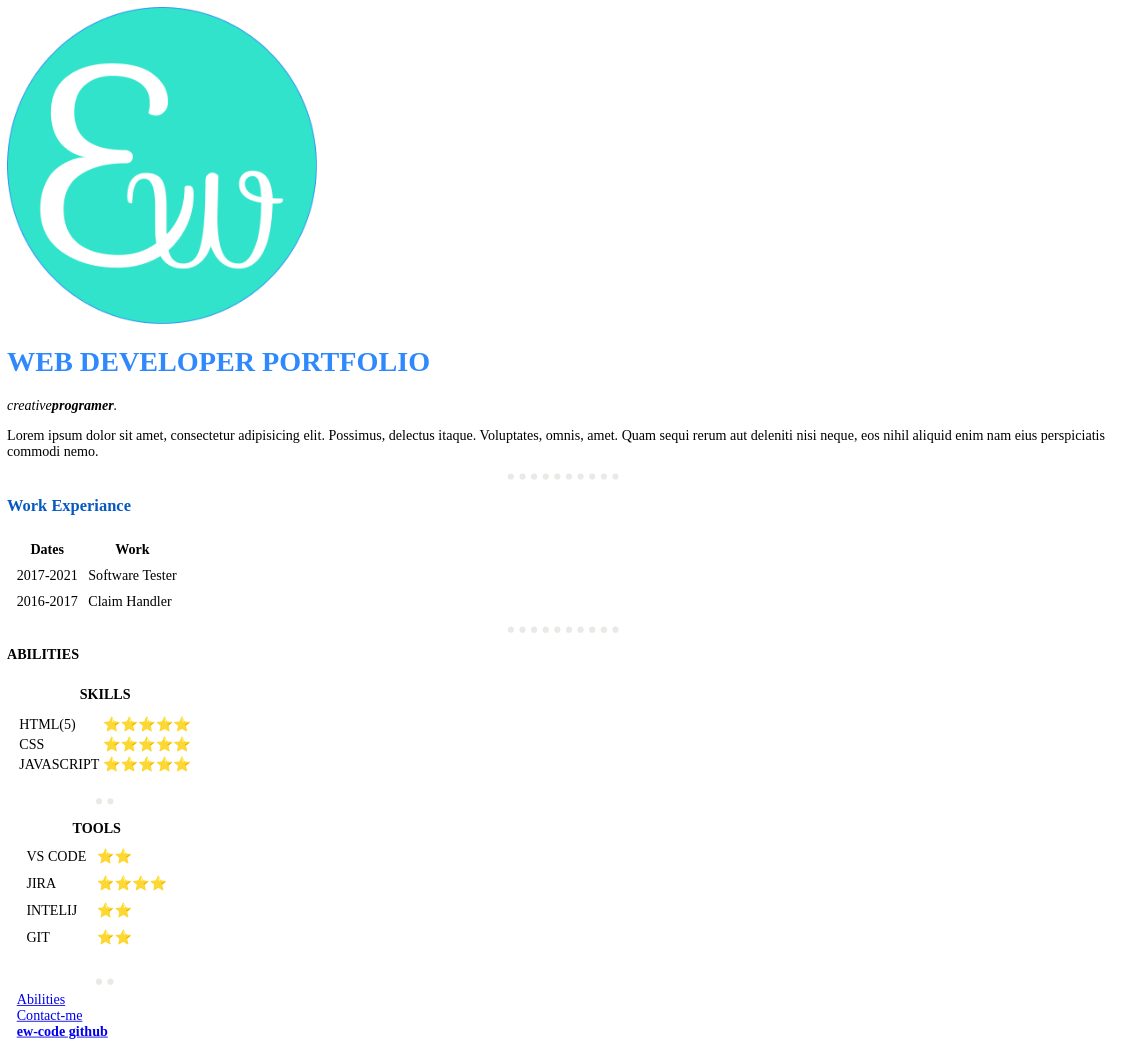
Repository: ew-code/Web-Development
Page: HTML - Personal Site/index.html
These files come from the project's save history. The page is drawn as it stood at one moment and after the next save; the edit follows.
The browser window is 1280 px wide. The pictures show the whole page, at 88% of full size.

Above is the page before, as saved 2021-01-06 22:27:44.

After the next save:
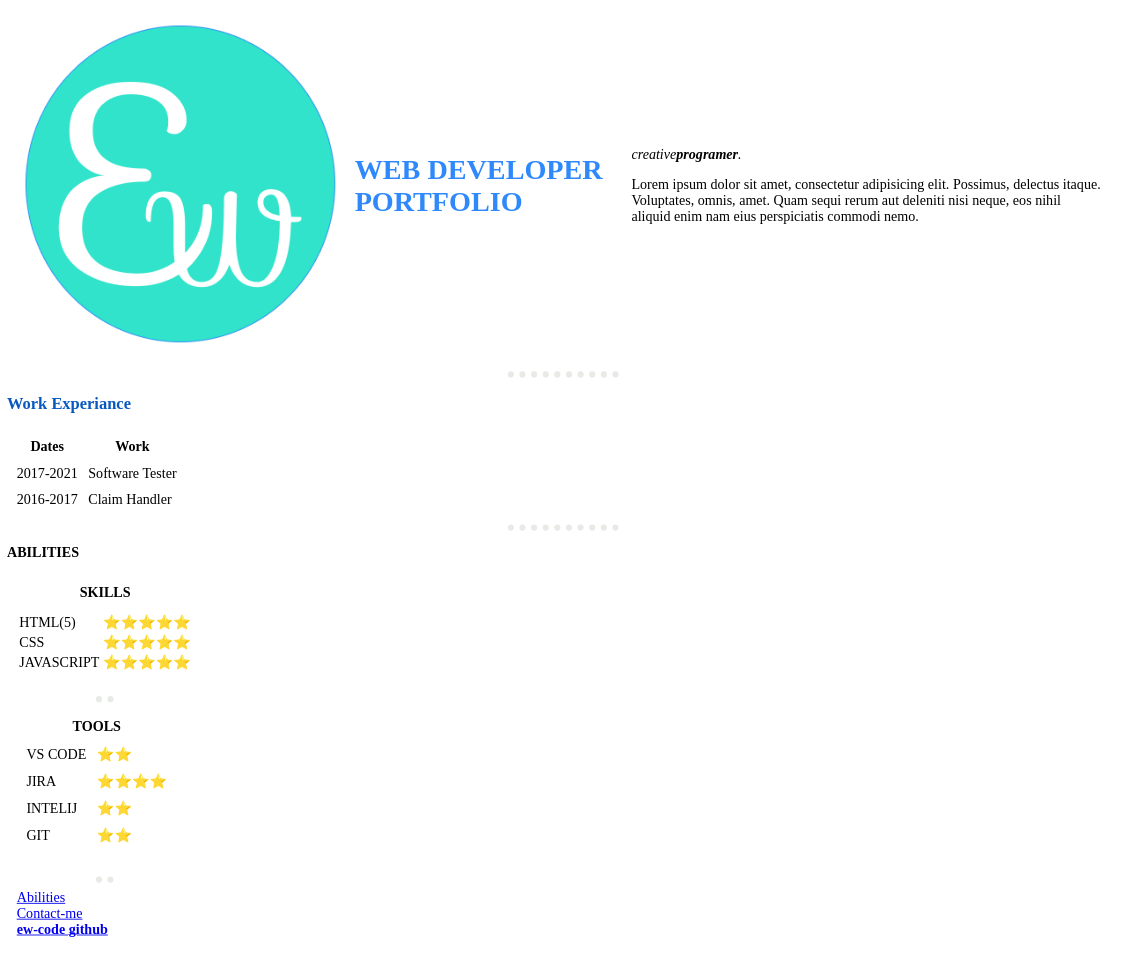
Saved 82 s later.
--- a/HTML - Personal Site/index.html
+++ b/HTML - Personal Site/index.html
@@ -7,7 +7,7 @@
   <link rel="stylesheet" href="css/styles.css">
 </head>
 
-<body
+<body></body>
   <table cellspacing="20">
     <tr>
       <td><img src="images/Frame 1.png" alt="dot"></td>
